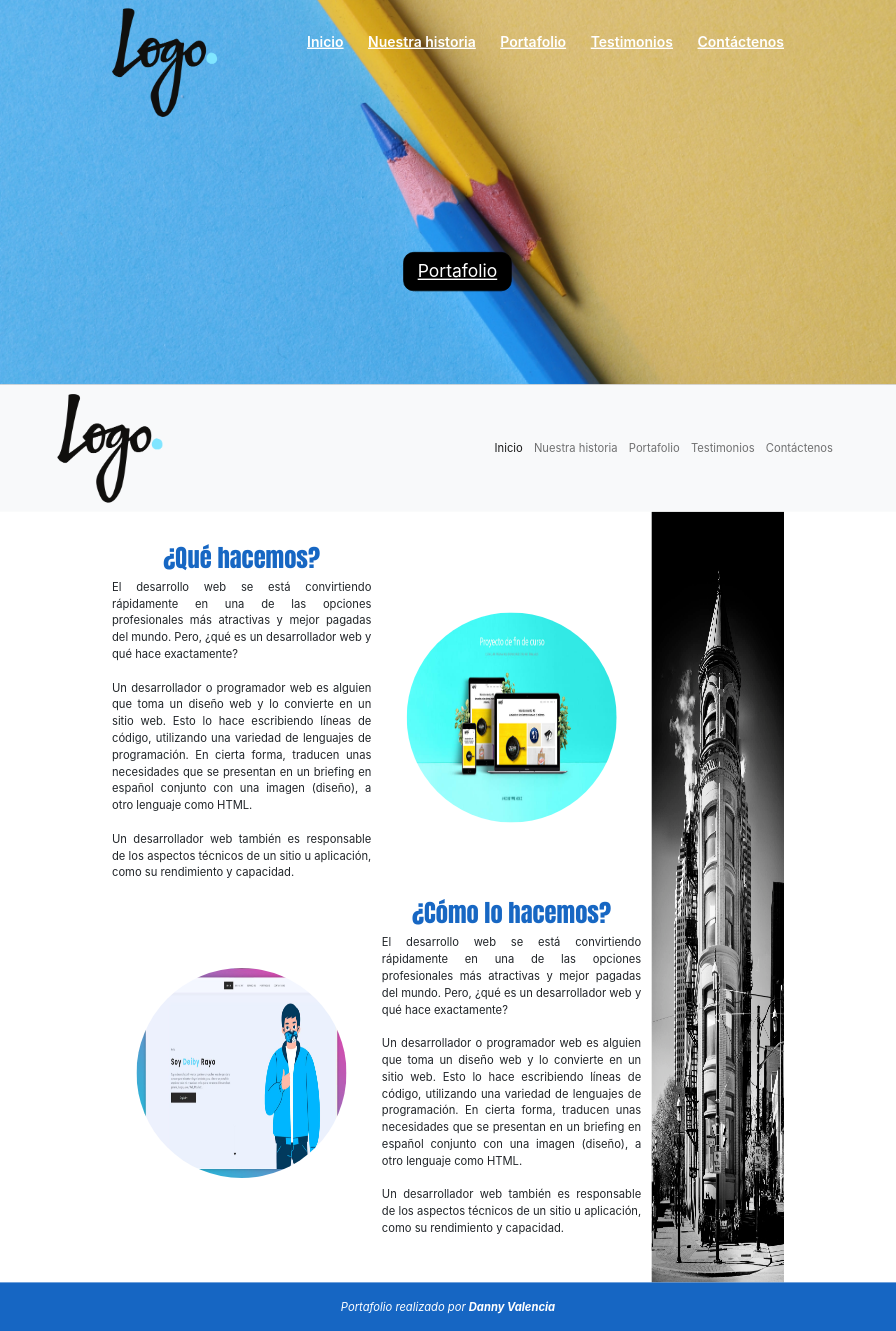
Repository: Dannyval1/Html-portafolio
Page: index.html
These files come from the project's save history. The page is drawn as it stood at one moment and after the next save; the edit follows.
The browser window is 1280 px wide. The pictures show the whole page, at 70% of full size.

Above is the page before, as saved 2022-02-13 18:19:30.

After the next save:
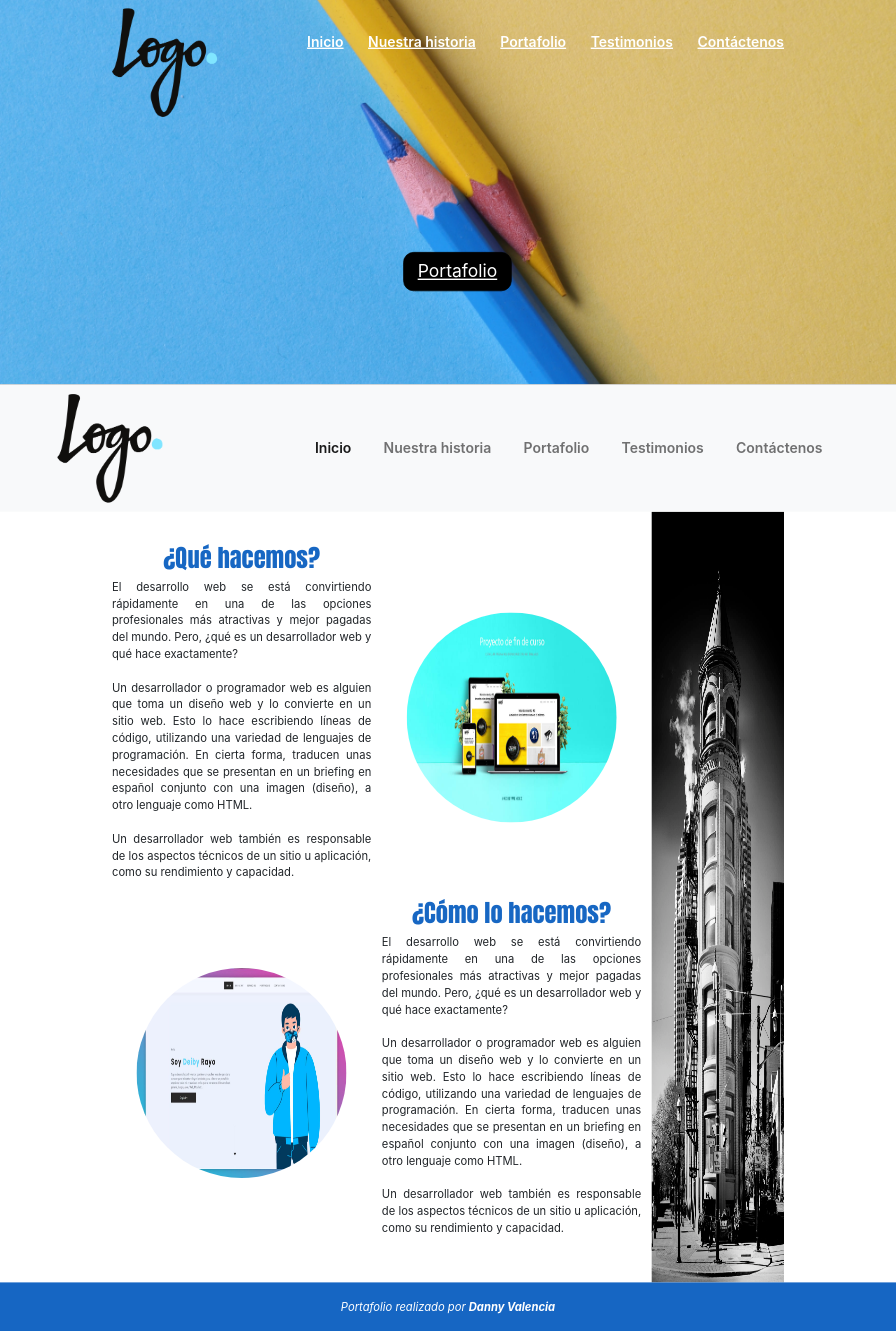
Saved 7 s later.
--- a/index.html
+++ b/index.html
@@ -64,7 +64,7 @@
         <button class="navbar-toggler" type="button" data-bs-toggle="collapse" data-bs-target="#navbarSupportedContent" aria-controls="navbarSupportedContent" aria-expanded="false" aria-label="Toggle navigation">
           <span class="navbar-toggler-icon"></span>
         </button>
-        <div class="collapse navbar-collapse d-flex justify-content-end" id="navbarSupportedContent">
+        <div class="collapse navbar-collapse d-flex justify-content-end main-menu" id="navbarSupportedContent">
           <ul class="navbar-nav mb-2 mb-lg-0">
             <li class="nav-item">
               <a class="nav-link active" aria-current="page" href="index.html">Inicio</a>
